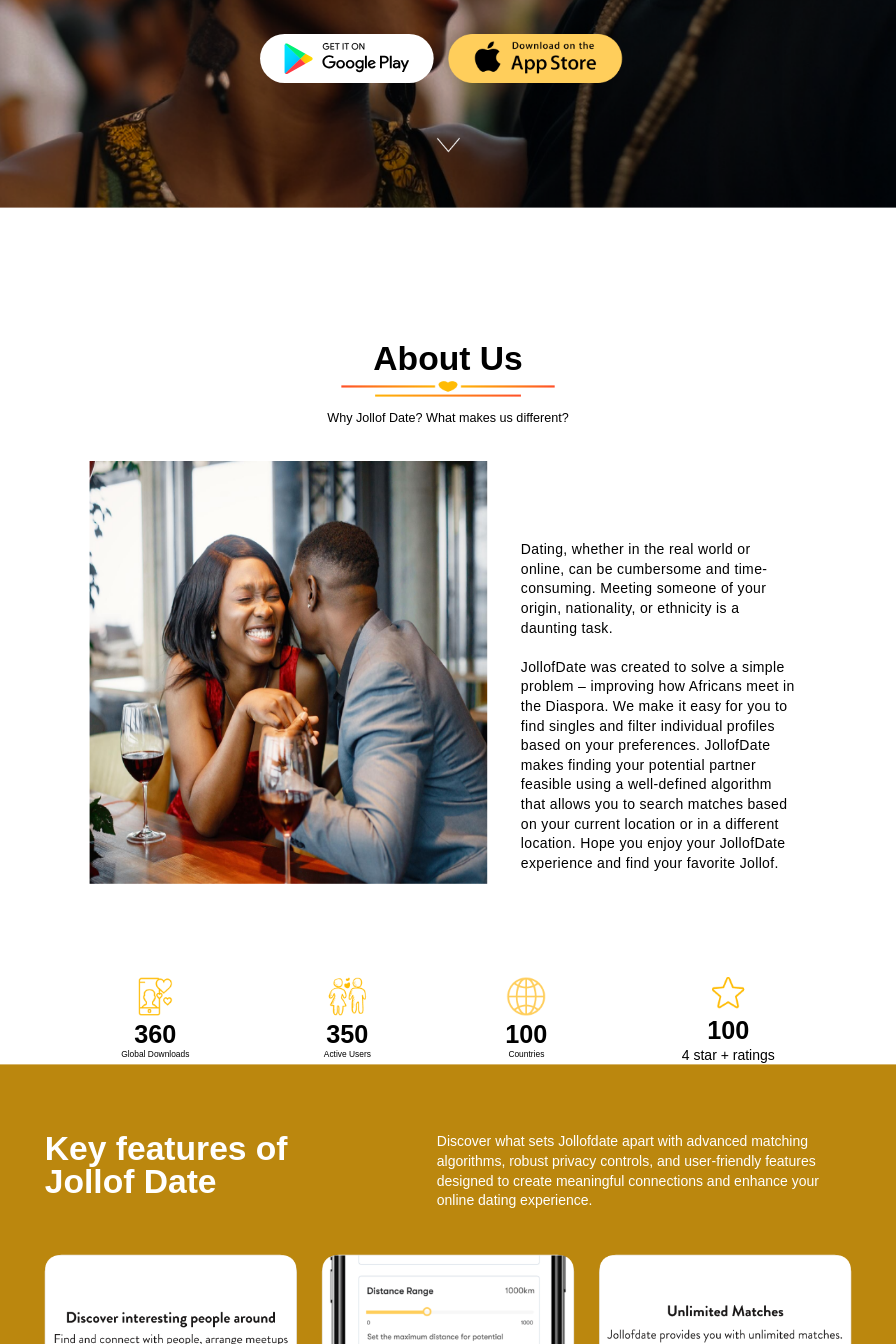
Repository: FarhanNasiru/jollofdate-frontend
Page: /
The author's editor kept a copy of each file at every save. The page is drawn from the files as they stood at one save, then again after the next save.
The browser window is 1280 px wide. The pictures show the part of the page from y = 591 to 2511 px (the page is 7426 px tall), at 70% of full size.
Some web fonts or font styles are not loaded; a fallback is used. The project was rebuilt for these pictures with package versions that can differ from the ones it lists, and the page was loaded fresh each time. Also part of the build but not shown: vite.config.js, src/Pages/Footer2.jsx, src/components/Header2.jsx, src/Pages/privacy.jsx, src/Pages/Term.jsx.

Above is the page before, as saved 2024-08-20 08:49:46.

### index.html
<!doctype html>
<html lang="en">
  <head>
    <meta charset="UTF-8" />
    <link rel="icon" type="image/svg+xml" href="/vite.svg" />
    <meta name="viewport" content="width=device-width, initial-scale=1.0" />
    <title>Jellof Date</title>
  </head>
  <body>
    <div id="root"></div>
    <script type="module" src="/src/main.jsx"></script>
  </body>
</html>

### src/App.jsx
import { BrowserRouter as Router, Route, Routes } from "react-router-dom";
import Home from "./Pages/Home";
import Privacy from "./Pages/privacy";
import Terms from "./Pages/Term";
import "./index.css";
const App = () => {
  return (
    <Router>
      <main>
        <Routes>
          <Route path="/" element={<Home />} />
          <Route path="/privacy" element={<Privacy />} />
          <Route path="/terms" element={<Terms />} />
        </Routes>
      </main>
    </Router>
  );
};

export default App;

### src/index.css
@import url('https://fonts.cdnfonts.com/css/hvdtrial-brandon-grotesque');
@import url('https://fonts.googleapis.com/css2?family=Almendra:ital,wght@0,400;0,700;1,400;1,700&display=swap');
@import "slick-carousel/slick/slick.css";
@import "slick-carousel/slick/slick-theme.css";

@tailwind base;
@tailwind components;
@tailwind utilities;

### src/Pages/Home.jsx
import Faq from "../components/Faq";
import Testimonials from "../components/Testimonials";
import Community from "../components/Community";
import How from "../components/Howitworks";
import Features from "../components/Features";
import About from "../components/Aboutus";
import Download from "../components/Download";
import Footer from "../components/Footer";
import Header from "../components/Header";

function Home() {
  return (
    <main className=" bg-white justify-center font-HvDTrial">
      <Header />
      <section
        id="home"
        className="pl-8 pr-8 justify-center bg-center bg-no-repeat items-center w-full lg:pt-64 lg:pb-9 bg-[url('/Images/Home-bg.png')] h-auto"
      >
        <h1 className="  text-wrap text-white text-7xl md:text-7xl  font-medium md:font-semibold text-center pt-32 pb-14 h-auto">
          Africans. Meet. Date. Connect.{" "}
        </h1>
        <p className=" text-2xl px-6 text-center text-white font-normal md:text-3xl">
          Begin your journey to a lifetime of happiness, success, progress, and
          bliss.
          <br /> Your happiness starts here. Let’s go!
        </p>
        <div className=" flex justify-center pt-12 flex-wrap pb-16">
          <a
            href="#"
            className="bg-transparent text-black px-1 py-1 rounded flex items-center"
          >
            <img
              src="/Images/Googleplay-whitesvg.svg"
              alt="Google Play"
              className="w-full h-full img-center"
            />
          </a>
          <a
            href="#"
            className="bg-transparent text-black px-4 py-2 rounded flex items-center"
          >
            <img
              src="/Images/Applestore-white.png"
              alt="App Store"
              className="w-full h-full mr-2"
            />
          </a>
        </div>
        <div className=" justify-center ">
          <a href="#footer">
            <img
              src="/Images/Home-arrow.png"
              alt=""
              className=" hidden md:flex justify-center m-auto md:pb-32"
            />
          </a>
        </div>
      </section>
      <About />
      <Features />
      <How />
      <Community />
      <Testimonials />
      <Faq />
      <Download />
      <Footer />
    </main>
  );
}

export default Home;

### src/components/Faq.jsx
import { useState } from "react";

function Faq() {
  const [openIndexes, setOpenIndexes] = useState([]);

  const toggleDropdown = (index) => {
    if (openIndexes.includes(index)) {
      setOpenIndexes(openIndexes.filter((i) => i !== index));
    } else {
      setOpenIndexes([...openIndexes, index]);
    }
  };

  const faqItems = [
    "How can I create my profile on the app?",
    "How can I create my profile on the app?",
    "How can I create my profile on the app?",
    "How can I create my profile on the app?",
    "How can I create my profile on the app?",
    "How can I create my profile on the app?",
  ];

  return (
    <section id="frequently-asked-questions" className="pb-14 sm:px-9">
      <div className="sm:pb-20 md:pb-12">
        <h2 className="text-2xl md:text-3xl font-bold text-center pt-24">
          Frequently Asked Questions
        </h2>
        <div className="flex justify-center py-4">
          <img src="/Images/love-logo.png" alt="" className=" md:w-auto" />
        </div>
        <h3 className="text-center text-lg">
          You have questions? Check here for answers
        </h3>
      </div>
      <div className="text-left sm:text-wrap px-4">
        {faqItems.map((item, index) => (
          <div key={index} className=" mx-auto mt-3">
            <div
              className={`flex pt-7 pl-16 pr-12 pb-6 justify-between cursor-pointer ${
                openIndexes.includes(index)
                  ? "bg-customYellow1 font-bold text-black text-xl rounded-t-md"
                  : "bg-bright text-black text-lg border-solid border rounded-lg border-customYellow1"
              }`}
              onClick={() => toggleDropdown(index)}
            >
              <p className="text-xl font-medium">{item}</p>
              {openIndexes.includes(index) ? (
                <div className="h-6 w-6">
                  <img src="/Images/add.svg" alt="" />
                </div>
              ) : (
                <div className="h-6 w-6">
                  <img src="/Images/add2.svg" alt="" className="bg-white" />
                </div>
              )}
            </div>
            {openIndexes.includes(index) && (
              <div className="p-4 bg-customYellow1 rounded-b-md shadow pt-7 pl-16 pr-12 pb-8">
                <p className=" xl:w-custom3text-xl md:text-wrap sm:text-balance">
                  Begin your journey to a lifetime of happiness, success,
                  progress and bliss. Begin your journey to a lifetime of
                  happiness, success, progress and bliss. Begin your journey to
                  a lifetime of happiness, success, progress and bliss. Begin
                  your journey to a lifetime of happiness, success, progress and
                  bliss. Begin your journey to a lifetime of happiness, success,
                  progress and bliss. Begin your journey to a lifetime of
                  happiness, success, progress and bliss. Begin your journey to
                  a lifetime of happiness, success, progress and bliss.
                </p>
              </div>
            )}
          </div>
        ))}
      </div>
    </section>
  );
}

export default Faq;

### src/components/Testimonials.jsx
import { Carousel } from "antd";

function Testimonials() {
  const contentStyle = {
    height: "auto",
    color: "#fff",
    lineHeight: "40px",
    textAlign: "center",
    background: "transparent",
  };

  const testimonials = [
    {
      quote:
        "“Other dating apps were like shooting fish in a barrel. But my girlfriend and I clicked right away on Jollofdate, and the conversation was effortless. We’ve been together for over a year.”",
      name: "Caitlyn King",
    },
    {
      quote:
        "“Other dating apps were like shooting fish in a barrel. But my girlfriend and I clicked right away on Jollofdate, and the conversation was effortless. We’ve been together for over a year.”",
      name: "Crystabel lyn",
    },
    {
      quote:
        "“Other dating apps were like shooting fish in a barrel. But my girlfriend and I clicked right away on Jollofdate, and the conversation was effortless. We’ve been together for over a year.”",
      name: "David Johnson",
    },
    {
      quote:
        "“Other dating apps were like shooting fish in a barrel. But my girlfriend and I clicked right away on Jollofdate, and the conversation was effortless. We’ve been together for over a year.”",
      name: "King Micheal",
    },
  ];

  return (
    <section id="testimonials" className="p-8 pt-24">
      <div>
        <h2 className="text-5xl font-bold text-center p-2">Testimonials</h2>
        <div className="flex justify-center pb-5 md:pb-6">
          <img src="/Images/love-logo.png" alt="Love Logo" />
        </div>
        <h3 className="text-center text-lg">
          Read what our existing users have to say
        </h3>
      </div>
      <div className="text-center pt-9 pb-16 text-black">
        <Carousel autoplay>
          {testimonials.map((testimonial, index) => (
            <div key={index}>
              <div style={contentStyle}>
                <h1 className="text-black text-center m-auto font-normal text-2xl text-wrap">
                  {testimonial.quote}
                </h1>
                <div className="flex justify-center py-3">
                  {[...Array(5)].map((_, i) => (
                    <img
                      key={i}
                      src="/Images/Star.svg"
                      alt="Star"
                      className="mx-1"
                    />
                  ))}
                </div>
                <p className="text-center text-black text-lg pb-8">
                  {testimonial.name}
                </p>
              </div>
            </div>
          ))}
        </Carousel>
      </div>
    </section>
  );
}

export default Testimonials;

### src/components/Community.jsx
function Community() {
  return (
    <div>
      <section
        id="Community"
        className="bg-custom-radial flex flex-col items-center justify-center mb-28 px-6 pt-8"
      >
        <div className="space-y-8 text-center text-black">
          <div>
            <h1 className="text-3xl sm:text-4xl md:text-5xl font-bold">
              Join the
            </h1>
            <h2 className="text-3xl sm:text-4xl md:text-5xl font-bold">
              Jollof Date Community
            </h2>
          </div>
          <div className="w-full sm:w-4/5 md:w-3/5 lg:w-custom9 mx-auto">
            <h3 className="text-sm sm:text-base font-normal">
              Download the app from your store and begin your journey to a
              lifetime of happiness, success, progress, and bliss.
            </h3>
          </div>
          <div className="flex flex-col md:flex-row justify-center items-center m-auto gap-3">
            <a href="" className="w-32 md:w-40">
              <img
                src="/Images/Applestore-dark.png"
                alt="Download on the App Store"
                className="m-auto"
              />
            </a>
            <a href="" className="w-32 md:w-40">
              <img
                src="/Images/Googleplay-Dark.png"
                alt="Get it on Google Play"
                className="m-auto"
              />
            </a>
          </div>
        </div>
        <div className="flex justify-center mt-8">
          <img
            src="/Images/threephones.png"
            alt="Three phones showing the app"
            className="w-full sm:w-4/5 md:w-3/5 lg:w-auto"
          />
        </div>
      </section>
    </div>
  );
}

export default Community;

### src/components/Howitworks.jsx
function Howitworks() {
  return (
    <div>
      <section id="how" className="pt-16 md:pt-72 pb-10">
        <h2 className="text-2xl md:text-3xl font-bold text-center mt-24 md:mt-44 p-2">
          How it works
        </h2>
        <div className="flex justify-center pb-4 md:pb-2">
          <img src="/Images/love-logo.png" alt="" className=" md:w-auto" />
        </div>
        <h3 className="text-center text-sm md:text-base pb-4 md:pb-6">
          A step-by-step guide on how to get started on Jollof Date
        </h3>
        <div className="flex flex-col xl:flex-row p-4 md:p-8 space-y-8 md:space-y-0">
          <div id="picture" className="flex justify-center   space-x-3 ">
            <img
              src="/Images/f-and-j-frame.png"
              alt=""
              className="w-full md:w-auto"
            />
          </div>
          <div className="icon space-y-8 md:space-y-11 md:ml-11">
            <div className="flex gap-4 md:gap-6">
              <img
                src="/Images/sign up.png"
                alt=""
                className="w-12 h-12 md:w-16 md:h-16"
              />
              <div>
                <h1 className="font-bold text-xl md:text-2xl">Sign Up</h1>
                <h2 className="font-normal text-sm md:text-xl">
                  Begin your journey to a lifetime of happiness, success,
                  progress, and bliss.
                </h2>
              </div>
            </div>
            <div className="flex gap-4 md:gap-6">
              <img
                src="/Images/create.png"
                alt=""
                className="w-12 h-12 md:w-16 md:h-16"
              />
              <div>
                <h1 className="font-bold text-xl md:text-2xl">
                  Create Profile and Add Preferences
                </h1>
                <h2 className="font-normal text-sm md:text-xl">
                  Share your interests, hobbies, and a bit about yourself to
                  help us find your perfect match.
                </h2>
              </div>
            </div>
            <div className="flex gap-4 md:gap-6">
              <img
                src="/Images/browse.png"
                alt=""
                className="w-12 h-12 md:w-16 md:h-16"
              />
              <div>
                <h1 className="font-bold text-xl md:text-2xl">
                  Browse and Match
                </h1>
                <h2 className="font-normal text-sm md:text-xl">
                  Use our advanced filters to find people who share your
                  interests and values. Start connecting today.
                </h2>
              </div>
            </div>
            <div className="flex gap-4 md:gap-6">
              <img
                src="/Images/chat.png"
                alt=""
                className="w-12 h-12 md:w-16 md:h-16"
              />
              <div>
                <h1 className="font-bold text-xl md:text-2xl">Chat and Call</h1>
                <h2 className="font-normal text-sm md:text-xl">
                  Get to know your matches better and build connections in a
                  safe and private environment.
                </h2>
              </div>
            </div>
          </div>
        </div>
      </section>
    </div>
  );
}

export default Howitworks;

### src/components/Features.jsx
function Features() {
  return (
    <div>
      <section
        id="features"
        className=" md:p-8 pt-16 md:pt-24 mb-20 md:mb-40 bg-featuresY h-full w-full md:h-custom16"
      >
        <div className="">
          <div className="flex flex-col md:flex-row justify-between m-auto px-4 md:px-8 space-y-4 md:space-y-0">
            <h3 className="text-3xl md:text-5xl font-bold w-full md:w-96 h-auto md:h-36 text-white">
              Key features of Jollof Date
            </h3>
            <h2 className="text-xl w-full md:w-custom4 font-normal text-white">
              Discover what sets Jollofdate apart with advanced matching
              algorithms, robust privacy controls, and user-friendly features
              designed to create meaningful connections and enhance your online
              dating experience.
            </h2>
          </div>
          <div className="flex flex-col md:flex-row h-full space-y-4 md:space-y-0 md:space-x-9 pl-0 md:pl-8 pr-0 md:pr-8 mt-8 w-full">
            <div className="bg-white text-center border rounded-3xl">
              <img
                src="/Images/phone1.png"
                alt=""
                className="w-full md:w-auto"
              />
            </div>
            <div className="bg-white text-center border rounded-3xl md:flex hidden">
              <a href="">
                <img src="/Images/Phone2.png" alt="" className="w-full" />
              </a>
            </div>
            <div className="bg-white text-center border rounded-3xl">
              <a href="">
                <img src="/Images/Phone3.png" alt="" className="w-full" />
              </a>
            </div>
          </div>
        </div>
      </section>
    </div>
  );
}

export default Features;

### src/components/Aboutus.jsx
function Aboutus() {
  return (
    <div>
      <section id="about-us" className="pt-16 md:pt-24">
        <div className="px-4 md:px-24">
          <h2 className="text-3xl md:text-5xl font-bold text-center p-2">
            About Us
          </h2>
          <div className="flex justify-center pb-4">
            <img src="/Images/love-logo.png" alt="" className="md:14" />
          </div>
          <h3 className="text-center text-base md:text-lg pb-8 md:pb-12">
            Why Jollof Date? What makes us different?
          </h3>
          <div className="flex flex-col xl:flex-row gap-4 lg:gap-8 px-2 lg:px-8 pb-16 lg:pb-32 justify-center">
            <img
              src="/Images/Lovers.png"
              alt=""
              className="w-full xl:w-custom11 h-auto lg:h-custom12 shrink-0"
            />
            <div className="tracking-wide bg-white p-4 md:pt-28 font-normal text-base md:text-xl">
              <p>
                Dating, whether in the real world or online, can be cumbersome
                and time-consuming. Meeting someone of your origin, nationality,
                or ethnicity is a daunting task.
              </p>
              <br />
              <p>
                JollofDate was created to solve a simple problem – improving how
                Africans meet in the Diaspora. We make it easy for you to find
                singles and filter individual profiles based on your
                preferences. JollofDate makes finding your potential partner
                feasible using a well-defined algorithm that allows you to
                search matches based on your current location or in a different
                location. Hope you enjoy your JollofDate experience and find
                your favorite Jollof.
              </p>
            </div>
          </div>
        </div>
        {/* <div className="flex flex-wrap text-center flex-col md:flex-row space-y-12 pb-12 lg:pb-28 justify-center space-x-20 md:space-x-48 px-14 ">
          <div className="flex mt-12 m-auto text-center">
            <div>
              <img src="/Images/person.png" alt="" />
            </div>
            <div className="">
              <h1 className="font-bold text-4xl">360</h1>
              <h2 className="text-xs">Global Downloads</h2>
            </div>
          </div>
          <div className="flex space-x-3">
            <div>
              <img src="/Images/people.png" alt="" />
            </div>
            <div className="">
              <h1 className="font-bold text-4xl">350</h1>
              <h2 className="text-xs">Active Users</h2>
            </div>
          </div>
          <div className="flex space-x-3">
            <div>
              <img src="/Images/world-o.png" alt="" />
            </div>
            <div className="">
              <h1 className="font-bold text-4xl">100</h1>
              <h2 className="text-xs">Countries</h2>
            </div>
          </div>
          <div className="flex space-x-3">
            <div>
              <img src="/Images/Star2.png" alt="" className="" />
            </div>
            <div className="">
              <h1 className="font-bold text-4xl justify-start m-auto flex">
                100
              </h1>
              <h2 className="text-xl">4 star + ratings</h2>
            </div>
          </div>
        </div> */}
        <div className="flex flex-col md:flex-row justify-center items-center space-y-12 md:space-y-0 md:space-x-20 lg:space-x-48 px-14">
          <div className="flex flex-col items-center">
            <img src="/Images/person.png" alt="Person Icon" />
            <div className="text-center mt-2">
              <h1 className="font-bold text-4xl">360</h1>
              <h2 className="text-xs">Global Downloads</h2>
            </div>
          </div>

          <div className="flex flex-col items-center">
            <img src="/Images/people.png" alt="People Icon" />
            <div className="text-center mt-2">
              <h1 className="font-bold text-4xl">350</h1>
              <h2 className="text-xs">Active Users</h2>
            </div>
          </div>

          <div className="flex flex-col items-center">
            <img src="/Images/world-o.png" alt="World Icon" />
            <div className="text-center mt-2">
              <h1 className="font-bold text-4xl">100</h1>
              <h2 className="text-xs">Countries</h2>
            </div>
          </div>

          <div className="flex flex-col items-center">
            <img src="/Images/Star2.png" alt="Star Icon" />
            <div className="text-center mt-2">
              <h1 className="font-bold text-4xl">100</h1>
              <h2 className="text-xs lg:text-xl">4 star + ratings</h2>
            </div>
          </div>
        </div>
      </section>
    </div>
  );
}

export default Aboutus;

### src/components/Download.jsx
function Download() {
  return (
    <section
      id="last"
      className=" mt-20 w-full justify-center bg-customYellow1 md:w-3/4 xl:w-4/5 md:h-full pb-9 m-auto pt-9 p-11 border-0 rounded-2xl -mb-[100px] relative "
    >
      <div className="">
        <div>
          <h1 className="text-center font-normal text-xl pb-3 pl-3 pr-3">
            Your one stop spot for the right relationship
          </h1>
        </div>
        <h3 className="text-center font-bold text-4xl pb-3 lg:">
          Download Jollofdate Now
        </h3>
        <h2 className=" flex text-center justify-center m-auto font-normal xl:w-80 pb-8">
          Begin your journey to a lifetime of happiness, success, progress and
          bliss.
        </h2>
        <div className="text-center md:flex flex-wrap justify-center gap-4 m-auto space-y-7 md:space-y-0 ">
          <img
            src="/Images/Applestore-dark.png"
            alt=""
            className="m-auto md:m-0"
          />
          <img
            src="/Images/Googleplay-Dark.png"
            alt=""
            className="m-auto md:m-0"
          />
        </div>
      </div>
    </section>
  );
}

export default Download;

Loaded but not shown: src/main.jsx (common file); tailwind.config.js (58 lines, source omitted); src/components/Header.jsx (148 lines, source omitted); src/components/Footer.jsx (106 lines, source omitted)

After the next save:
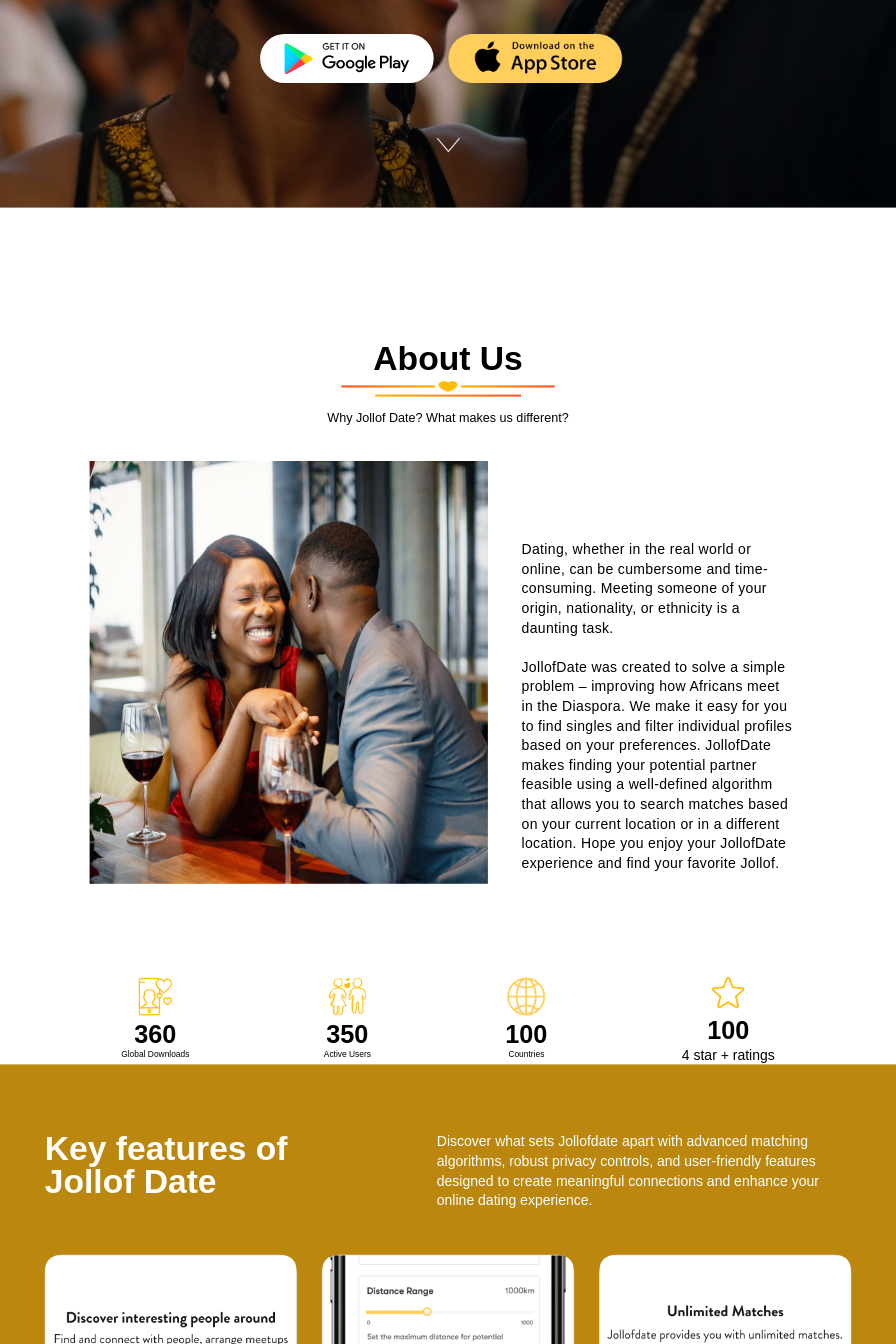
Saved 38 min 37 s later.
--- a/src/components/Aboutus.jsx
+++ b/src/components/Aboutus.jsx
@@ -13,11 +13,7 @@
             Why Jollof Date? What makes us different?
           </h3>
           <div className="flex flex-col xl:flex-row gap-4 lg:gap-8 px-2 lg:px-8 pb-16 lg:pb-32 justify-center">
-            <img
-              src="/Images/Lovers.png"
-              alt=""
-              className="w-full xl:w-custom11 h-auto lg:h-custom12 shrink-0"
-            />
+            <img src="/Images/Lovers.png" alt="" className="" />
             <div className="tracking-wide bg-white p-4 md:pt-28 font-normal text-base md:text-xl">
               <p>
                 Dating, whether in the real world or online, can be cumbersome
